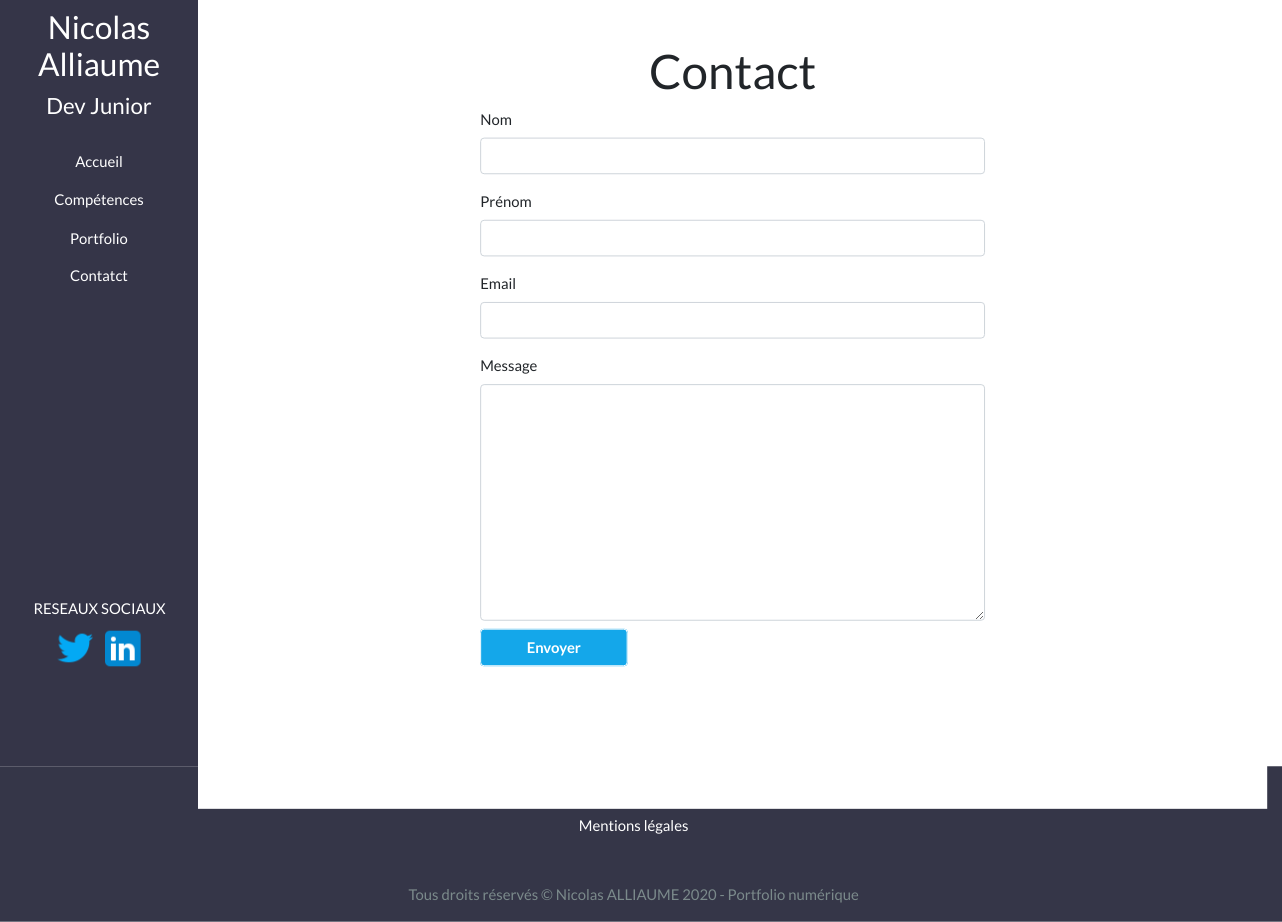
Repository: Nicolas-al/alliaumen
Page: templates/main/index.html.twig
The author's editor kept a copy of each file at every save. The page is drawn from the files as they stood at one save, then again after the next save.
The browser window is 1280 px wide. The page is 1295 px wide, so the pictures cover 1295 px, including what lies to the right of the window. The pictures show the whole page, at 99% of full size.
After loading, the first visible `#form_button` was clicked once.
Some web fonts or font styles are not loaded; a fallback is used. Some web libraries are served in a nearby version. The page is a Twig template of a Symfony application; nobody is signed in and links lead nowhere. Other server files are loaded and not shown. The template is opened directly, without the code that normally fills it, so the values that code supplies are empty.

Above is the page before, as saved 2020-10-12 03:15:09.
Console error: TypeError: e.indexOf is not a function

### templates/main/index.html.twig
{% extends 'base.html.twig' %}


{% block body %}
    <div class="wrapper">
        <nav id="sidebar">
        {% include 'main/aside.html.twig' %}
        </nav>
        <div id="all-content">
            <div id="visible-content">
                <div class="col-lg-12 mt-5" id="header">
                        <div class="row">
                            <div class="col-lg-3 col-sm-3 offset-md-1" id="block_photo">
                                <img src="{{ asset('images/29273464-photo-de-profil-avatar.jpg') }}" alt="image de profil" style="width : inherit">
                            </div>
                            <div class="col-lg-8 col-sm-8" id="block_profil">
                                <div class="text-center d-flex" id="profil">
                                    <div class="block-down">
                                        <i class="fas fa-angle-double-down double-down"></i>
                                    </div>
                                    <div class="from-center">Mon profil</div>
                                </div>
                                <ul class="list-group list-group-flush" id="profil_panel">
                                    <li class="list-group-item">Diplôme : Master Sociologie Rennes 2</li>
                                    <li class="list-group-item list-group-item-secondary">Age : 29</li>
                                    <li class="list-group-item">Formation Web : Openclassroom</li>
                                    <li class="list-group-item list-group-item-secondary">Intitulé : Developpeur Web Junior</li>
                                    <li class="list-group-item">Parcours : Virage à 180, non pas par dégoût bien au contraire, j'ai acquis des connaisances importantes. J'ai découvert ce domaine et voyez la suite de ce site par vous même. </li>
                                </ul>
                            </div>
                        </div>
                </div>
                <div id="block_competences">
                        <div class="block_title">
                            <div class="title_elmt">
                                <div class="minus_block">
                                    <i class="fas fa-minus minus_one"></i>
                                    <i class="fas fa-minus minus_two"></i>
                                    <i class="fas fa-minus minus_three"></i>
                                </div>
                                <div class="title">
                                    <img src="{{ asset('images/icons/icon-skills.png') }}" alt="icon d'une tête d'humain" class="" />
                                    <h4>Compétences</h4>
                                </div>
                            </div>
                        </div>

                        <div id="skills">
                            <div class="h-50" id="front">
                                <div class="skills col-lg-12">
                                    <div class="row h-100">
                                        <div class="col-lg-12 d-flex mt-2 justify-content-center skills-title">
                                            <i class="fas fa-code"></i>
                                            <p class="align-title"><strong>Frontend</strong></p>
                                        </div>
                                        <div class="col-lg-12 mt-2" id="text_black">
                                            <div class="row text-center">
                                            {% for skill in skills %}
                                                {% if skill.type == "Frontend" %}
                                                    <div class="col-lg-4 col-sm-4 logo-skills">
                                                    {% if skill.logo %}
                                                        <img src="{{ vich_uploader_asset( skill, 'logoFile') | imagine_filter('small_thumb')}}" alt="">
                                                    {% endif %}
                                                        <p> {{ skill.name }} </p>
                                                    </div>
                                                {% endif %}
                                            {% endfor %}
                                            </div>
                                        </div>
                                    </div>
                                </div>
                            </div>
                            <div class="h-50" id="back">
                                <div class="skills col-lg-12">
                                    <div class="row h-100">
                                        <div class="col-lg-12 d-flex justify-content-center mt-2 skills-title">
                                            <i class="fas fa-database text-white"></i>
                                            <p class="align-title text-white"><strong>Backend</strong></p>
                                        </div>
                                        <div class="col-lg-12 mt-2 text-white" id="text_white">
                                            <div class="row text-center">
                                                {% for skill in skills %}
                                                    {% if skill.type == "Backend" %}
                                                        <div class="col-lg-4 col-sm-4 logo-skills" >
                                                        {% if skill.logo %}
                                                            <img src="{{ vich_uploader_asset( skill, 'logoFile') | imagine_filter('small_thumb')}}" alt="">
                                                        {% endif %}
                                                            <p> {{ skill.name }} </p>
                                                        </div>
                                                    {% endif %}
                                                {% endfor %}
                                            </div>
                                        </div>
                                    </div>
                                </div>
                            </div>
                        </div>
                </div>
                <div class="mt-5" id="block_portfolio">

                    <div class="col-lg-12 block_title mb-3">
                        <div class="title_elmt">
                            <div class="minus_block">
                                <i class="fas fa-minus minus_one"></i>
                                <i class="fas fa-minus minus_two"></i>
                                <i class="fas fa-minus minus_three"></i>
                            </div>
                            <div class="title">
                                <img src="{{ asset('images/icons/icon-portfolio.png') }}" alt="lampe qui éclair" class="" />
                                <h4>Portfolio</h4>
                            </div>
                        </div>
                    </div>
                    <div class="offset-lg-1 col-lg-10 offset-sm-1 col-sm-10" id="para_portfolio">
                        <p> Ici sont présentés les projets effectués par moi même. Constatez par vous même en vous rendant directement sur un projet. N'hésitez pas à selectionner une carte projet pour afficher son contenu sur le panneau. En bas du panneau sont détaillées les compétences utilisés</p>
                    </div>
                    <div class="d-flex m-auto block_slides">

                        {% for project in portfolio %}

                        <div class="panel_project">
                            <div class="description_project">
                                <div class="">
                                    <div class="col-lg-12">
                                        <h4>{{ project.title }}</h4>
                                    </div>
                                    <div class="col-lg-12">
                                        <p> {{ project.description }}</p>
                                    </div>
                                </div>
                            </div>
                            <div class="project">
                                <img src="{{ vich_uploader_asset(project, 'imageFile') | imagine_filter('slider_thumb')}}" alt="image projet">
                            </div>
                            <div class="skills_project">
                                <div class="row">
                                    <div class="col-lg-12">
                                        <p> <span>Compétences utilisées :</span> {{ project.skills }}</p>
                                    </div>
                                </div>
                            </div>
                            <div class="project_link">
                                    <a href="{{ path('portfolio', {'id' : project.id})  }}" class="text-white"> voir la page projet </a>
                            </div>
                        </div>

                        {% endfor %}
                    </div>

                    <div class="col-lg-12" id="block_project_card">
                        <div class="row" id="projects_cards">

                            {% for project in portfolio %}

                            <div class="project_card">
                                <div class="project_content">
                                    <h6> {{ project.title }} </h6>
                                    <img src="{{ vich_uploader_asset( project, 'imageFile') | imagine_filter('medium_thumb')}}" alt="">
                                    <p> {{ project.description }} </p>
                                    <p> {{ project.skills }} </p>
                                </div>
                            </div>

                            {% endfor %}

                        </div>
                    </div>
                </div>
                <div id="block_contact">
                    <div class="col-lg-12 block_title">
                        <div class="title_elmt">
                            <div class="minus_block">
                                <i class="fas fa-minus minus_one"></i>
                                <i class="fas fa-minus minus_two"></i>
                                <i class="fas fa-minus minus_three"></i>
                            </div>
                            <div class="title">
                                <img src="{{ asset('images/icons/icon-contact-de-messagerie.png') }}" alt="icon d'une tête d'humain" class="" />
                                <h4>Contact</h4>
                            </div>
                        </div>
                    </div>
                    <div class="col-lg-12 pl-5">

                        <address>
                            <p class="d-inline"> Email : </p>
                            <a href="mailto:alliaume.nicolas@gmail.com">alliaume.nicolas@gmail.com</a><br>
                        </address>
                    </div>
                    <p class="col-lg-12 pl-5">
                        Laissez moi un message si vous le souhaitez après avoir cliqué sur le bouton ci-dessous.
                    </p>
                    <div class="col-lg-12 pl-5">
                        <button class="button" id="form_button">
                            <a href="#contact_form" id="form_link" class="font-weight-bold text-white">
                            laisser un message</a>
                        </button>
                    </div>

                </div>


            </div>

            {% include 'contact/index.html.twig' %}

        </div>
    </div>
    <div>
       {% include 'main/footer.html.twig' %}
    </div>
{% endblock %}


{% block footer %}

{% endblock %}

### templates/main/footer.html.twig
  {% block footer %}
                <footer class="row">
                    <div class="col-lg-12 mb-5 mt-5 text-center">
                        <a href="{{ path("mentions") }}" class="text-white">Mentions légales</a>
                    </div>
                    <div class="col-lg-12 text-dark copyright">
                            <p class="text-center">Tous droits réservés © Nicolas ALLIAUME 2020 - Portfolio numérique</p>

                    </div>
                </footer>
{% endblock %}

### public/css/style.css
body{
    overflow-x: hidden;
    position: relative;
}

.wrapper {
    display: flex;
    width: 100%;
    align-items: stretch;
}

#sidebar{
    background : #353548;
    max-width: 200px;
    min-width: 200px;
}
#all-content{
    width: 100%;
}
#header{
    height: 400px;
}
#block_competences{
    height: 500px;
    margin-left: 0;
    margin-right: 0;
}
#block_portfolio{
    height: 1400px;
}
#block_contact{
    margin-top: 20px;
    height: 380px;
}
footer{
    background: #353648;
}
.button{
    background: #14a7ea;
    border: 1px solid white;
    padding: 9px 46px;
    border-radius: 4px;
}
.button a{
    font-size: 1.2em;
}
.button a:hover{
    text-decoration: none;
}

/* sections block titre */

.block_title{
    height: 165px;
    background: #35334814;
    width: 100%;
}
.title_elmt{
    display: flex;
    flex-direction: column;
}
.minus_block{
    text-align: center;
    margin-top: 61px;
}
.minus_one{
    color: #11a7ea
}
.minus_two{
    color: #1d75d2;
}
.minus_three{
    color: #353648;
}
.title{
    display: flex;
    margin-left: -15px;
    margin-right: -15px;
}
.title h4{
    font-family: 'Philosopher', sans-serif;
    margin-right: auto;
    margin-top: auto;
    margin-bottom: auto;
}
.title img{
    height: 39px;
    margin-top: auto;
    margin-left: auto;
    margin-bottom: auto;
}

/*------------------------------------- ASIDE -------------------------------------*/

#aside h3{
    font-family: 'Oswald', sans-serif;
}
.sidebar-header{
    color: white;
    margin-top: 4%;
}
#sidebar ul{
    justify-content: center;
}
.block_nav{
    position: fixed;
    top: 27%;
    width: 15.7%
}

.block_nav ul{
    display: flex;
    flex-direction: column;
    margin: auto;
    justify-content: end;
}
.block_nav a{
    font-family: 'Catamaran', sans-serif;
    padding-left: 20px
}

.block_network{
    position: fixed;
    top: 84%;
    text-align: center;
    width: 15.7%;
}
h6{
    color: white;
}
/*----------------------------------- HEADER -----------------------------------*/

.header_p{
    font-family: 'Merienda', cursive;
    font-size: 1.3em;
    color: #212529e8;
    width: 93%;
    box-shadow: 0px 0px 7px;
    text-align: center;
}

#block_photo{
    max-width: 35%;
    margin: auto;
    padding-bottom: 40px;
}

/* Mon profil */

#block_profil{
    height: fit-content;
}

#profil{
    justify-content: center;
    align-items: center;
}
.block-down{
    margin-right: 5%;
}
.from-center{
    margin-left: 45px;
}
/* Animation double Flèches vers le bas */

@keyframes down{
	0% {transform: translateY(0%) ; opacity: 0.5}
	25% {transform: translateY(-30%); opacity: 0.2}
    75% {transform: translateY(30%); opacity: 1}
    100% {transform: translateY(0%); opacity: 0.5}
}
.double-down{
	animation: down 1.2s infinite;
	width: 3%;
}

/* ~~~~~~~ INIT. BTN ~~~~~~~ */

#profil{
    position: relative;
    padding: 1.4rem 4.2rem;
    padding-right: 3.1rem;
    font-size: 1.4rem;
    color: black;
    letter-spacing: 1.1rem;
    text-transform: uppercase;
    transition: all 500ms cubic-bezier(0.77, 0, 0.175, 1);
    cursor: pointer;
    user-select: none;
}

#profil:before, #profil:after {
    content: '';
    position: absolute;
    transition: inherit;
    z-index: -1;
    box-sizing: border-box;
}

#profil:hover {
    color: white;
    transition-delay: .5s;
}

#profil:hover:before {
    transition-delay: 0s;
}

#profil:hover:after {
    background: #353648;
    transition-delay: .35s;
}


#profil:before {
    top: 0;
    left: 50%;
    height: 100%;
    width: 0;
    border: 1px solid #353648;
    border-left: 0;
    border-right: 0;
}

#profil:after {
    bottom: 0;
    left: 0;
    height: 0;
    width: 100%;
    background: #353648;
}

#profil:hover:before {
    left: 0;
    width: 100%;
}

#profil:hover:after {
    top: 0;
    height: 100%;
}

#profil_panel{
    display: none;
}


/* ------------------------------------BLOCK COMPETENCES--------------------------------------*/
#skills{
    display: flex;
    width: 100%;
}
.skills{
    margin-bottom: -200px;
}
.skills-title{
    align-items: center;
}
.skills-title i{
    margin: inherit;
}
.logo-skills p{
    width: fit-content;
    margin: auto;
}
.logo-skills:hover{
   font-size: 20px;
   transition: 1s;
   font-weight: bold;
}
#skills img{
    width: 48px;
}
#skills img:hover{
    width: 65px;
    transition: 0.5s;
}
.align-title{
    margin: inherit;
    margin-left: 5px;
}

#front{
    width: 53%;
    border-bottom: 300px solid whitesmoke;
}
#back{
    width: 59%;
    border-bottom: 300px solid #353448;
    border-left: 43px solid #f5f5f5fc;
}

/* -------------------------------------------BLOCK PORTFOLIO----------------------------------------- */

#para_portfolio{
    height: 100px;
    padding: 0px 20px;
    text-align: center;
}

/* -------Slider------- */
.block_slides{
    height: 40%;
}
#block_portfolio h4{
    text-align: center;
    font-family: 'Philosopher', sans-serif;
}
.panel_project{
    width: 92%;
    margin: auto;
    display: none;
    box-shadow: 0px 0px 27px #353448;
    border-radius : 5px;
}


.description_project{
    border-bottom: 5px solid #f39c12c9;
    background: white;
    padding: 10px;
    border-top-left-radius: 5px;
    border-top-right-radius: 5px;
}
.description_project h4{
    font-weight: 700;
}
.description_project p{
    font-size: 1.1em;
}
.project img{
    width: 100%;
}
.project_link{
    border: 2px solid white;
    text-align: center;
    padding: 16px 15px;
    margin-top: -1%;
    background: #1e74d2;
}
.project_link:hover {
    background: #11a7ea;
}
.project_link a:hover{
    text-decoration: none;
}
.skills_project{
    border-top: 5px solid #f39c12c9;
}
.skills_project p{
    padding-right: 2%;
    padding-left: 2%;
    padding : 10px;
}
.skills_project span{
    font-weight: bold;
}
/* Cards projects */

#block_project_card{
    margin-top: 23%;
}
#projects_cards{
    text-align: center;
    justify-content: center;
    margin-left: 5%;
}
.project_card{
    color: white;
    margin-left: -10%;
    border: 1px solid;
    box-shadow: 0px 0px 3px;
    border-right: 2px solid;
    border-radius: 11px;
    max-width: 22%;
    background: #353348;
    cursor: pointer;
}
.project{
    opacity: 0.8;
}
.project h4{
    color: white;
}
.project p{
    color: white;
}
.project_content p{
    padding: 3% 9% 0% 9%;
    margin-bottom: 0;
    text-align: justify;
    font-size: 0.8em;
}
.project_content p:last-child{
    margin-bottom: 3%;
}
.project_content h4{
    padding: 3%;
}
.project_content img{
    width: 99%;
}
/*------------------------------------------- BLOCK CONTACT ---------------------------------------- */

#block_contact address a{
    font-weight: bold;
    color: #353648;
}

.modal_contact{
    display: none;
    background: white;
    width: inherit;
    z-index: 100;
    height: 100%;
    margin-bottom: 10%;
    margin-top: 4%;
}

#errors_form{
    color: red;
    font-size: 1em;
    display: none;
}

/*-------------------------- MENTIONS LEGALES ------------------------*/

#mentions_body a{
    color: #0087d1;
}

/*---------------------------- FOOTER ---------------------------------*/

.copyright{

}

/*================================================ RESPONSIVE ======================================================== */
/*================================================            ======================================================== */

@media screen and (min-width: 1250px){
    #block_project_card {
        margin-top: 29%;
    }
    #block_contact {
        margin-top: 12%;
    }
}

@media screen and (max-width: 991px){
    .wrapper{
        display: block;
    }
    #sidebar{
        min-width: 100%;
        max-width: 100%;
    }
    .block_nav{
        position: inherit;
        display: contents
    }
    .block_nav ul{
        display: flex;
        flex-direction: inherit;
        justify-content: center;
    }
    .block_network{
        position: absolute;
        top: 0%;
        left: 1%;
    }
    .block_network h6{
        display: none;
    }
    #mentions_body{
    margin-left: 2%;
    }

    #block_competences{
        height: auto;
    }

    #skills{
        height: fit-content;
        flex-direction: column;
        display: flex !important;
    }
    .skills{
        margin-bottom: 0;
    }
    #front{
        width: auto;
        border-bottom: none;
        background-color: #f5f5f5;
    }
    #text_black{
        padding: 20px 30px
    }
    #back{
        width: auto;
        border-bottom: none;
        border-left: none;
        background-color: #353448;
    }
    #text_white{
        padding: 20px 30px
    }
    .logo-skills{
        width: 20% !important;
    }
    #block_portfolio{
        height: auto;
    }
    #para_portfolio{
        margin-top: 5%;
        margin-bottom: 12%;
    }
    #block_project_card {
        margin-top: 20%;
    }
    .project_card {
        max-width: 26%;
        height: 259px;
    }
}

@media screen and (max-width: 702px){
    .projects_cards{
        margin-left: 5%;
    }
    .project_content p {
        font-size: 0.7em;
    }
    .project_card {
        max-width: 29%;
        height: 241px;
    }

}
    @media screen and (max-width: 500px){
    .project_card {
        max-width: 32%;
        height: 243px;
        }
    .block_slides{
        margin: 0% 0% 0% 2% !important;
    }
    .project_link{
        margin-left: 35%;
    }
    #block_project_card {
        margin-top: 30%;
        padding-left: 7%;
    }
    .block_network{
        top: 0%;
        left: 2%;
    }
    .block_network div{
        flex-direction: column;
    }
    .block_network img{
        height: 36px;
        width: 36px;
    }
    h6{
        display: none;
    }
    #contact_block{
        width: 80%;
    }
}

Loaded but not shown: public/js/accueil/contact.js (57 lines, source omitted); public/js/accueil/slider.js (51 lines, source omitted); public/js/accueil/profil.js (27 lines, source omitted); public/js/portfolio/deleteCom.js (19 lines, source omitted); public/js/portfolio/banIp.js (17 lines, source omitted); templates/base.html.twig (51 lines, source omitted); templates/contact/index.html.twig (36 lines, source omitted); templates/main/aside.html.twig (22 lines, source omitted); public/css/project.css (51 lines, source omitted)

After the next save:
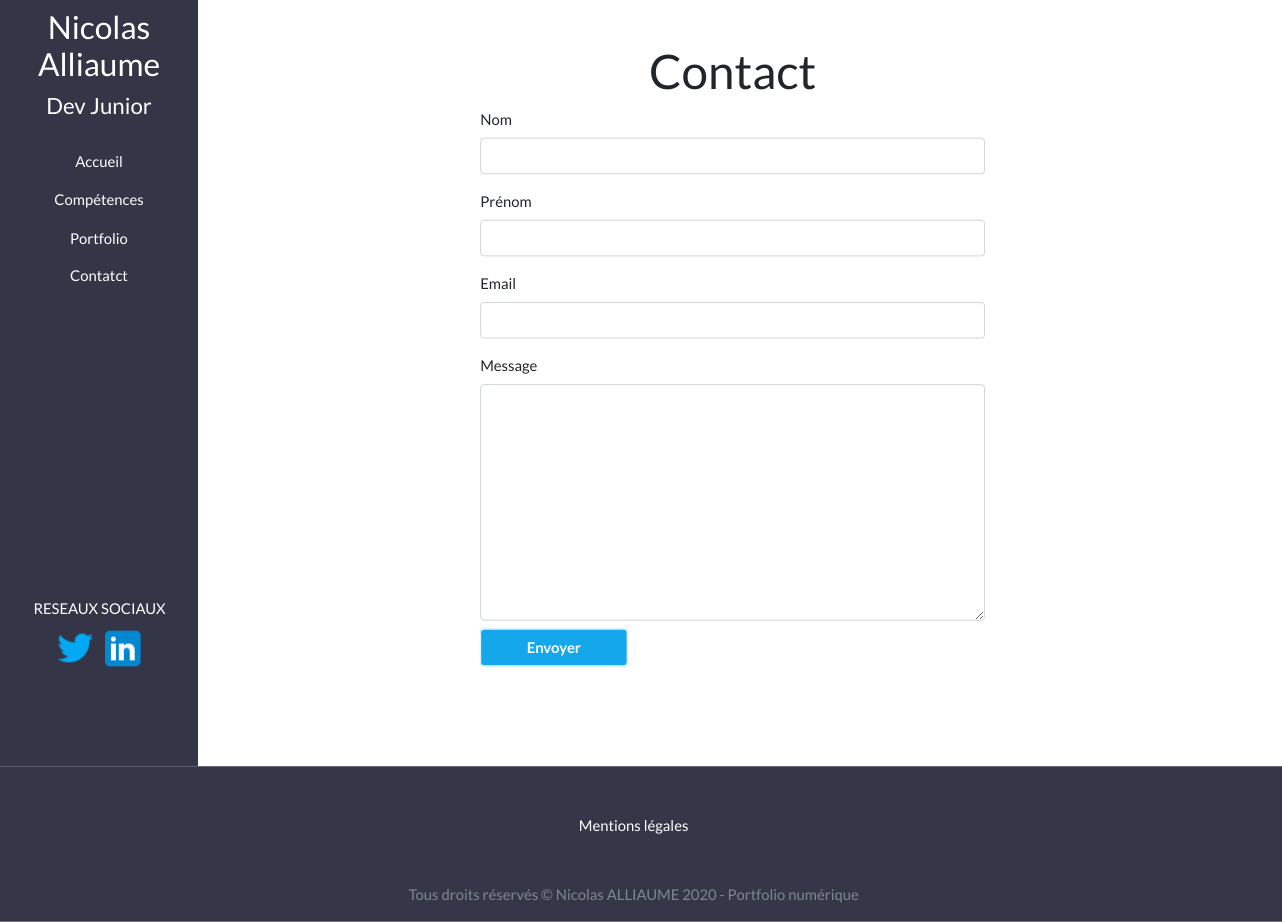
Saved 56 s later.
--- a/public/css/style.css
+++ b/public/css/style.css
@@ -410,9 +410,7 @@ h6{
 .modal_contact{
     display: none;
     background: white;
-    width: inherit;
     z-index: 100;
-    height: 100%;
     margin-bottom: 10%;
     margin-top: 4%;
 }
